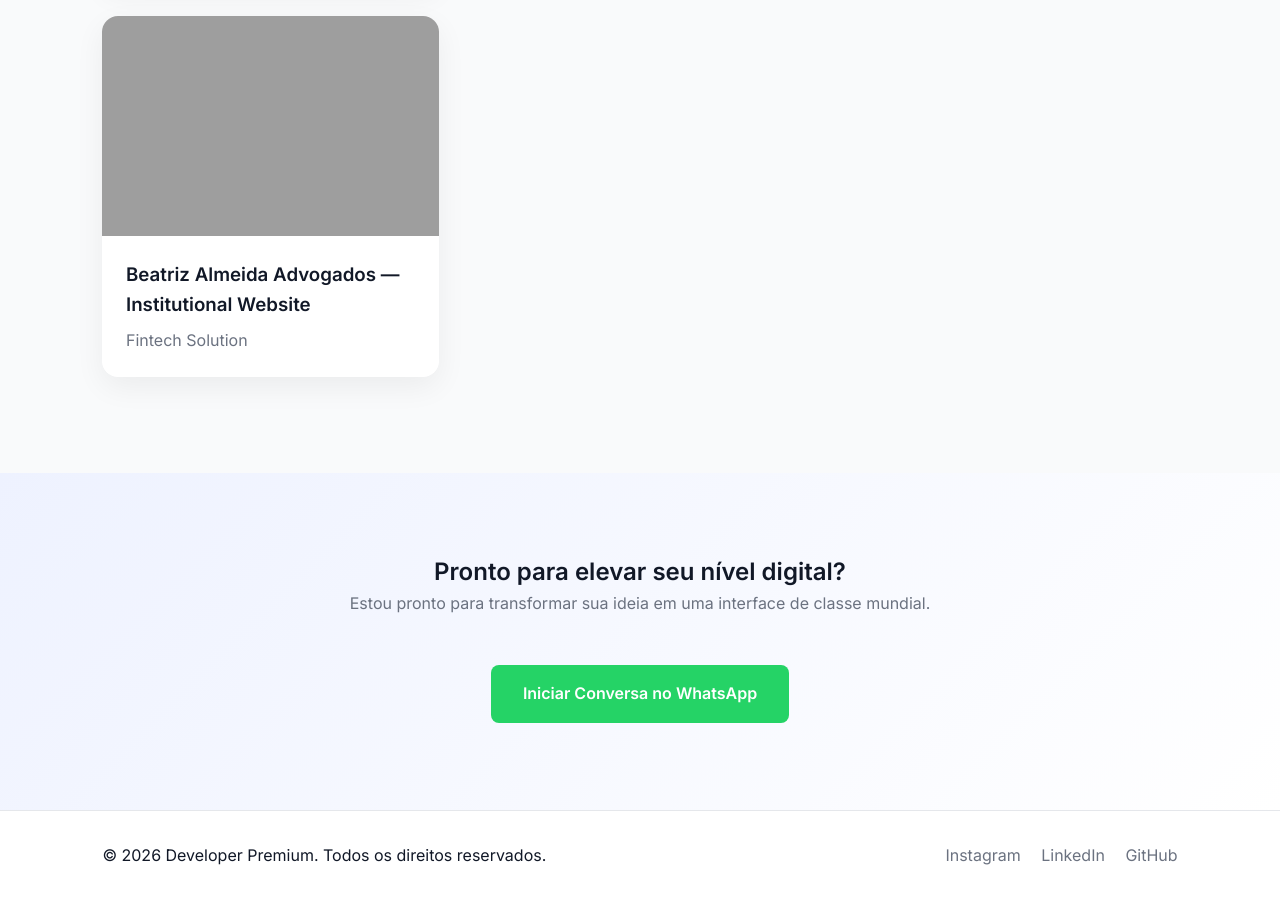
Repository: davidfsillva/David_Ferreira
Page: index.html
The author's editor kept a copy of each file at every save. The page is drawn from the files as they stood at one save, then again after the next save.
The browser window is 1280 px wide. The pictures show the part of the page from y = 1407 to 2359 px (the page is 2308 px tall before and 2359 px after).
Pictures or frames that could not be fetched are drawn as grey boxes.

Above is the page before, as saved 2026-02-11 10:39:02.

### index.html
<!DOCTYPE html>
<html lang="pt-BR">
<head>
    <meta charset="UTF-8">
    <meta name="viewport" content="width=device-width, initial-scale=1.0">

    <title>David Ferreira | Desenvolvedor Front-end & UI Designer Premium</title>

    <!-- SEO Primário -->
    <meta name="description" content="David Ferreira é desenvolvedor front-end especializado em interfaces premium, landing pages de alta conversão e experiências digitais modernas.">
    <meta name="keywords" content="Desenvolvedor Front-end, Web Designer, UI Designer, Landing Page, Desenvolvimento Web, Freelancer Brasil">
    <meta name="author" content="David Ferreira">
    <meta name="robots" content="index, follow">
    <link rel="canonical" href="https://seudominio.com/">

    <!-- Open Graph (Facebook, LinkedIn) -->
    <meta property="og:title" content="David Ferreira | Desenvolvedor Front-end Premium">
    <meta property="og:description" content="Interfaces digitais de alto padrão, focadas em performance e conversão.">
    <meta property="og:image" content="https://seudominio.com/preview.jpg">
    <meta property="og:url" content="https://seudominio.com/">
    <meta property="og:type" content="website">

    <!-- Twitter Card -->
    <meta name="twitter:card" content="summary_large_image">
    <meta name="twitter:title" content="David Ferreira | Web Developer">
    <meta name="twitter:description" content="Desenvolvimento web premium focado em performance e design moderno.">
    <meta name="twitter:image" content="https://seudominio.com/preview.jpg">

    <!-- Favicon -->
    <link rel="icon" href="favicon.ico" type="image/x-icon">

    <!-- Fonts -->
    <link href="https://fonts.googleapis.com/css2?family=Inter:wght@300;400;600&family=Plus+Jakarta+Sans:wght@700;800&display=swap" rel="stylesheet">

    <link rel="stylesheet" href="style.css">
</head>


<body>

    <!-- NAVBAR -->
    <nav class="navbar">
        <div class="logo">PORTFOLIO<span>.</span></div>
        <ul class="nav-links">
            <li><a href="#about">Sobre</a></li>
            <li><a href="#portfolio">Projetos</a></li>
            <li><a href="#contact" class="btn-sm">Contato</a></li>
        </ul>
    </nav>

    <!-- HERO -->
    <section class="hero">
        <div class="hero-content">
            <span class="badge">Disponível para novos projetos</span>

            <h1>
                Transformando código em
                <span>experiências digitais</span> de elite.
            </h1>

            <p>
                Desenvolvedor Front-end especializado em interfaces de alto padrão para marcas globais.
            </p>

            <div class="hero-btns">
                <a href="#portfolio" class="btn-primary">Ver Projetos</a>
                <a href="#contact" class="btn-secondary">Let's Talk</a>
            </div>
        </div>

        <!-- Visual direito -->
        <div class="hero-visual">
            <div class="hero-glow"></div>
        </div>
    </section>

    <!-- PORTFÓLIO -->
    <section id="portfolio" class="portfolio">
        <div class="section-header">
            <h2>Projetos Selecionados</h2>
            <p>Uma vitrine de soluções focadas em performance e design.</p>
        </div>

        <div class="portfolio-grid">

            <!-- Projeto 1 -->
            <a href="https://davidfsillva.github.io/Alex-Carter/" target="_blank" class="project-link">
                <div class="project-card">
                    <div class="card-image">
                        <img src="img/alex.png"
                            alt="Crypto Dashboard">
                        <div class="card-overlay">
                            <span>Ver Detalhes</span>
                        </div>
                    </div>
                    <div class="card-info">
                        <h3>Alex Carter | Professional Athlete Landing Page</h3>
                        <p>Developed a high-impact personal branding website for a professional athlete.</p>
                    </div>
                </div>
            </a>

            <!-- Projeto 2 -->
            <a href="https://seusite.com" target="_blank" class="project-link">
                <div class="project-card">
                    <div class="card-image">
                        <img src="https://images.unsplash.com/photo-1558655146-d09347e92766?auto=format&fit=crop&q=80&w=800"
                            alt="Crypto Dashboard">
                        <div class="card-overlay">
                            <span>Ver Detalhes</span>
                        </div>
                    </div>
                    <div class="card-info">
                        <h3>Crypto Dashboard</h3>
                        <p>Fintech Solution</p>
                    </div>
                </div>
            </a>

            <!-- Projeto 3 -->
            <a href="https://seusite.com" target="_blank" class="project-link">
                <div class="project-card">
                    <div class="card-image">
                        <img src="https://images.unsplash.com/photo-1558655146-d09347e92766?auto=format&fit=crop&q=80&w=800"
                            alt="Crypto Dashboard">
                        <div class="card-overlay">
                            <span>Ver Detalhes</span>
                        </div>
                    </div>
                    <div class="card-info">
                        <h3>Crypto Dashboard</h3>
                        <p>Fintech Solution</p>
                    </div>
                </div>
            </a>

            <a href="https://davidfsillva.github.io/beatriz-almeida-adv/" target="_blank" class="project-link">
                <div class="project-card">
                    <div class="card-image">
                        <img src="img/adv.png"
                            alt="Crypto Dashboard">
                        <div class="card-overlay">
                            <span>Ver Detalhes</span>
                        </div>
                    </div>
                    <div class="card-info">
                        <h3>Beatriz Almeida Advogados — Institutional Website</h3>
                        <p>Fintech Solution</p>
                    </div>
                </div>
            </a>


        </div>
    </section>

    <!-- MODAL -->
    <div class="modal-overlay" id="modalOverlay">
        <div class="modal-content">
            <button class="close-modal">&times;</button>

            <div class="modal-body">
                <div class="modal-img" id="modalImg"></div>

                <div class="modal-text">
                    <h2 id="modalTitle">Nome do Projeto</h2>
                    <p id="modalDesc">Descrição detalhada aqui...</p>

                    <div class="tech-tags" id="modalTech"></div>

                    <div class="modal-actions">
                        <a href="#" class="btn-primary">Visitar Website</a>
                        <a href="https://wa.me/5599999999999" target="_blank" class="btn-secondary">
                            Solicitar Similar
                        </a>
                    </div>
                </div>
            </div>
        </div>
    </div>

    <!-- CTA -->
    <section id="contact" class="cta-section">
        <h2>Pronto para elevar seu nível digital?</h2>
        <p>Estou pronto para transformar sua ideia em uma interface de classe mundial.</p>

        <a href="https://wa.me/5599999999999" target="_blank" class="btn-whatsapp">
            Iniciar Conversa no WhatsApp
        </a>
    </section>

    <!-- FOOTER -->
    <footer>
        <div class="footer-content">
            <p>&copy; 2026 Developer Premium. Todos os direitos reservados.</p>

            <div class="social-links">
                <a href="#" target="_blank">Instagram</a>
                <a href="#" target="_blank">LinkedIn</a>
                <a href="#" target="_blank">GitHub</a>
            </div>
        </div>
    </footer>

    <!-- JS -->
    <script src="scripts.js"></script>

</body>
</html>

### style.css
:root {
  --primary: #6366f1;
  --primary-light: #818cf8;
  --accent: #a855f7;
  --text-dark: #111827;
  --text-light: #6b7280;
  --bg-light: #f9fafb;
  --white: #ffffff;
  --transition: all 0.3s ease;
}

/* RESET */
* {
  margin: 0;
  padding: 0;
  box-sizing: border-box;
}

html {
  scroll-behavior: smooth;
}

body {
  font-family: 'Inter', sans-serif;
  background: var(--bg-light);
  color: var(--text-dark);
  line-height: 1.6;
  animation: fadePage 0.8s ease-in-out;
}

@keyframes fadePage {
  from { opacity: 0; transform: translateY(10px); }
  to { opacity: 1; transform: translateY(0); }
}

/* NAVBAR */
.navbar {
  position: fixed;
  width: 100%;
  top: 0;
  padding: 1.5rem 8%;
  display: flex;
  justify-content: space-between;
  align-items: center;
  background: rgba(255,255,255,0.85);
  backdrop-filter: blur(12px);
  box-shadow: 0 4px 20px rgba(0,0,0,0.05);
  z-index: 1000;
  transition: var(--transition);
}

.logo {
  font-family: 'Plus Jakarta Sans', sans-serif;
  font-weight: 800;
  font-size: 1.5rem;
}

.logo span {
  color: var(--primary);
}

.nav-links {
  display: flex;
  list-style: none;
  gap: 2rem;
}

.nav-links a {
  text-decoration: none;
  color: var(--text-light);
  font-weight: 500;
  transition: var(--transition);
}

.nav-links a:hover {
  color: var(--primary);
  transform: translateY(-2px);
}

/* HERO */
.hero {
  min-height: 100vh;
  padding: 120px 8% 60px;
  display: flex;
  align-items: center;
  justify-content: space-between;
  background: linear-gradient(135deg, #eef2ff, #ffffff);
  flex-wrap: wrap;
}

.hero-content {
  max-width: 600px;
  animation: heroFade 1s ease 0.2s both;
}

@keyframes heroFade {
  from { opacity: 0; transform: translateY(40px); }
  to { opacity: 1; transform: translateY(0); }
}

.badge {
  display: inline-block;
  padding: 0.5rem 1rem;
  background: rgba(99,102,241,0.1);
  color: var(--primary);
  border-radius: 20px;
  font-size: 0.8rem;
  font-weight: 600;
  margin-bottom: 1.5rem;
}

.hero h1 {
  font-family: 'Plus Jakarta Sans', sans-serif;
  font-size: clamp(2rem, 5vw, 3.5rem);
  line-height: 1.2;
  margin-bottom: 1.5rem;
}

.hero h1 span {
  background: linear-gradient(90deg, var(--primary), var(--accent));
  -webkit-background-clip: text;
  -webkit-text-fill-color: transparent;
}

.hero p {
  font-size: 1.1rem;
  color: var(--text-light);
  margin-bottom: 2rem;
}

/* BUTTONS */
.btn-primary,
.btn-secondary,
.btn-whatsapp {
  display: inline-block;
  padding: 0.9rem 2rem;
  border-radius: 8px;
  text-decoration: none;
  font-weight: 600;
  transition: all 0.3s ease;
  position: relative;
  overflow: hidden;
}

.btn-primary {
  background: linear-gradient(90deg, var(--primary), var(--accent));
  color: white;
  box-shadow: 0 10px 25px rgba(99,102,241,0.3);
}

.btn-primary:hover {
  transform: translateY(-4px) scale(1.03);
}

.btn-primary:active {
  transform: scale(0.96);
}

.btn-primary::after {
  content: "";
  position: absolute;
  width: 200%;
  height: 200%;
  background: radial-gradient(circle, rgba(255,255,255,0.4), transparent 60%);
  top: -50%;
  left: -50%;
  opacity: 0;
  transition: opacity 0.4s ease;
}

.btn-primary:hover::after {
  opacity: 1;
}

.btn-secondary {
  border: 1px solid #e5e7eb;
  color: var(--text-dark);
  margin-left: 1rem;
}

.btn-secondary:hover {
  background: #f3f4f6;
  transform: translateY(-4px);
}

.btn-secondary:active {
  transform: scale(0.96);
}

.btn-whatsapp {
  background: #25d366;
  color: white;
}

.btn-whatsapp:hover {
  transform: translateY(-4px) scale(1.03);
}

.btn-whatsapp:active {
  transform: scale(0.96);
}

.hero-btns {
  display: flex;
  flex-wrap: wrap;
}

/* HERO VISUAL */
.hero-visual {
  flex: 1;
  min-height: 400px;
  display: flex;
  justify-content: center;
  align-items: center;
}

.hero-glow {
  width: 350px;
  height: 350px;
  background: radial-gradient(circle, rgba(99,102,241,0.4), transparent 70%);
  border-radius: 50%;
  filter: blur(60px);
  animation: pulseGlow 4s infinite ease-in-out;
}

@keyframes pulseGlow {
  0% { transform: scale(1); opacity: 0.7; }
  50% { transform: scale(1.1); opacity: 1; }
  100% { transform: scale(1); opacity: 0.7; }
}

/* PORTFOLIO */
.portfolio {
  padding: 6rem 8%;
}

.section-header {
  text-align: center;
  margin-bottom: 4rem;
}

.section-header h2 {
  font-family: 'Plus Jakarta Sans', sans-serif;
  font-size: 2.2rem;
  margin-bottom: 1rem;
}

.section-header p {
  color: var(--text-light);
}

.portfolio-grid {
  display: grid;
  grid-template-columns: repeat(auto-fit, minmax(280px, 1fr));
  gap: 2rem;
}

.project-card {
  background: var(--white);
  border-radius: 16px;
  overflow: hidden;
  box-shadow: 0 10px 30px rgba(0,0,0,0.06);
  cursor: pointer;
  transition: transform 0.4s ease, box-shadow 0.4s ease;
  will-change: transform;
}

.project-card:hover {
  transform: translateY(-12px) scale(1.03);
  box-shadow: 0 25px 50px rgba(99,102,241,0.2);
}

.card-image {
  position: relative;
  overflow: hidden;
}

.card-image img {
  width: 100%;
  height: 220px;
  object-fit: cover;
  display: block;
  transition: transform 0.6s ease;
}

.project-card:hover .card-image img {
  transform: scale(1.08);
}

.card-overlay {
  position: absolute;
  inset: 0;
  background: rgba(99,102,241,0.8);
  display: flex;
  justify-content: center;
  align-items: center;
  color: white;
  font-weight: 600;
  opacity: 0;
  transition: opacity 0.4s ease;
}

.project-card:hover .card-overlay {
  opacity: 1;
}

.card-info {
  padding: 1.5rem;
}

.card-info h3 {
  margin-bottom: 0.5rem;
}

.card-info p {
  color: var(--text-light);
}

.project-link {
  text-decoration: none;
  color: inherit;
  display: block;
}


/* CTA */
.cta-section {
  padding: 5rem 8%;
  text-align: center;
  background: linear-gradient(135deg, #eef2ff, #ffffff);
}

/* FOOTER */
footer {
  padding: 2rem 8%;
  background: var(--white);
  border-top: 1px solid #e5e7eb;
}

.footer-content {
  display: flex;
  justify-content: space-between;
  flex-wrap: wrap;
  gap: 1rem;
}

.social-links a {
  text-decoration: none;
  margin-left: 1rem;
  color: var(--text-light);
  transition: var(--transition);
}

.social-links a:hover {
  color: var(--primary);
  transform: translateY(-2px);
}

.cta-section p {
  color: var(--text-light);
  margin-bottom: 2.5rem; /* aumenta espaço abaixo do texto */
}

.btn-whatsapp {
  display: inline-block;
  background: #25d366;
  color: white;
  padding: 1rem 2rem;
  border-radius: 8px;
  text-decoration: none;
  font-weight: 600;
  transition: var(--transition);
  margin-top: 0.5rem; /* pequeno respiro extra */
}


/* MODAL */
.modal-overlay {
  position: fixed;
  inset: 0;
  background: rgba(0,0,0,0.6);
  display: none;
  justify-content: center;
  align-items: center;
  padding: 2rem;
  z-index: 2000;
}

.modal-content {
  background: white;
  width: 100%;
  max-width: 900px;
  border-radius: 20px;
  overflow: hidden;
  animation: modalZoom 0.4s cubic-bezier(.23,1,.32,1);
  position: relative;
}

@keyframes modalZoom {
  from { opacity: 0; transform: scale(0.85) translateY(20px); }
  to { opacity: 1; transform: scale(1) translateY(0); }
}

.modal-body {
  display: grid;
  grid-template-columns: 1fr 1fr;
}

.modal-img {
  min-height: 300px;
  background-size: cover !important;
}

.modal-text {
  padding: 2rem;
}

.close-modal {
  position: absolute;
  top: 20px;
  right: 25px;
  background: none;
  border: none;
  font-size: 2rem;
  cursor: pointer;
  transition: transform 0.3s ease;
}

.close-modal:hover {
  transform: rotate(90deg);
}

/* RESPONSIVO */
@media (max-width: 900px) {
  .hero {
    flex-direction: column;
    text-align: center;
  }

  .hero-visual {
    margin-top: 3rem;
  }

  .modal-body {
    grid-template-columns: 1fr;
  }
}

@media (max-width: 600px) {
  .navbar {
    padding: 1rem 5%;
  }

  .nav-links {
    display: none;
  }

  .hero {
    padding: 100px 5% 60px;
  }

  .portfolio {
    padding: 4rem 5%;
  }

  .cta-section {
    padding: 4rem 5%;
  }

  footer {
    padding: 2rem 5%;
  }

  .footer-content {
    flex-direction: column;
    text-align: center;
  }

  .social-links a {
    margin: 0 0.5rem;
  }
}

### scripts.js
// =============================
// NAVBAR SCROLL EFFECT
// =============================
const navbar = document.querySelector(".navbar");

window.addEventListener("scroll", () => {
  if (window.scrollY > 50) {
    navbar.style.padding = "1rem 8%";
    navbar.style.boxShadow = "0 8px 25px rgba(0,0,0,0.08)";
  } else {
    navbar.style.padding = "1.5rem 8%";
    navbar.style.boxShadow = "0 4px 20px rgba(0,0,0,0.05)";
  }
});

// =============================
// MODAL FUNCTIONALITY
// =============================
const modal = document.querySelector(".modal-overlay");
const modalImg = document.querySelector(".modal-img");
const modalTitle = document.querySelector(".modal-text h3");
const modalDesc = document.querySelector(".modal-text p");
const closeModal = document.querySelector(".close-modal");

const projectCards = document.querySelectorAll(".project-card");

projectCards.forEach(card => {
  card.addEventListener("click", () => {
    const title = card.querySelector("h3").innerText;
    const desc = card.querySelector("p").innerText;
    const img = card.querySelector("img").src;

    modalTitle.innerText = title;
    modalDesc.innerText = desc;
    modalImg.style.backgroundImage = `url(${img})`;

    modal.style.display = "flex";
    document.body.style.overflow = "hidden";
  });
});

// Fechar modal
closeModal.addEventListener("click", () => {
  modal.style.display = "none";
  document.body.style.overflow = "auto";
});

// Fechar clicando fora
modal.addEventListener("click", (e) => {
  if (e.target === modal) {
    modal.style.display = "none";
    document.body.style.overflow = "auto";
  }
});

// Fechar com ESC
document.addEventListener("keydown", (e) => {
  if (e.key === "Escape") {
    modal.style.display = "none";
    document.body.style.overflow = "auto";
  }
});

// =============================
// SCROLL REVEAL ANIMATION
// =============================
const revealElements = document.querySelectorAll(
  ".hero-content, .project-card, .section-header, .cta-section"
);

const observer = new IntersectionObserver(
  (entries) => {
    entries.forEach(entry => {
      if (entry.isIntersecting) {
        entry.target.style.opacity = "1";
        entry.target.style.transform = "translateY(0)";
      }
    });
  },
  { threshold: 0.2 }
);

revealElements.forEach(el => {
  el.style.opacity = "0";
  el.style.transform = "translateY(40px)";
  el.style.transition = "all 0.8s ease";
  observer.observe(el);
});

// =============================
// BUTTON MICRO INTERACTION
// =============================
const buttons = document.querySelectorAll(".btn-primary, .btn-secondary, .btn-whatsapp");

buttons.forEach(btn => {
  btn.addEventListener("mouseenter", () => {
    btn.style.transform = "scale(1.05)";
  });

  btn.addEventListener("mouseleave", () => {
    btn.style.transform = "scale(1)";
  });
});

After the next save:
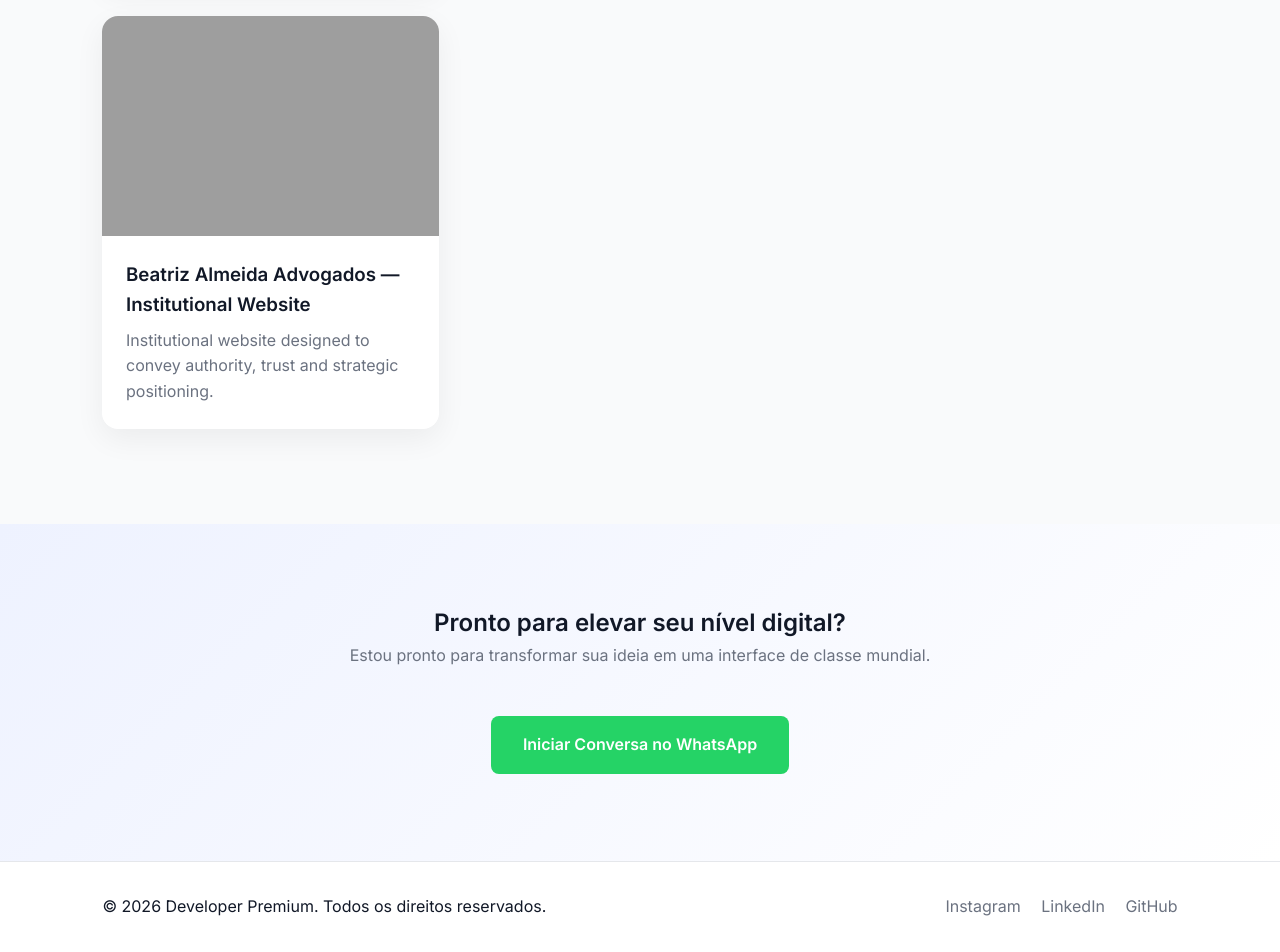
Saved 21 s later.
--- a/index.html
+++ b/index.html
@@ -145,7 +145,7 @@
                     </div>
                     <div class="card-info">
                         <h3>Beatriz Almeida Advogados — Institutional Website</h3>
-                        <p>Fintech Solution</p>
+                        <p>Institutional website designed to convey authority, trust and strategic positioning.</p>
                     </div>
                 </div>
             </a>
